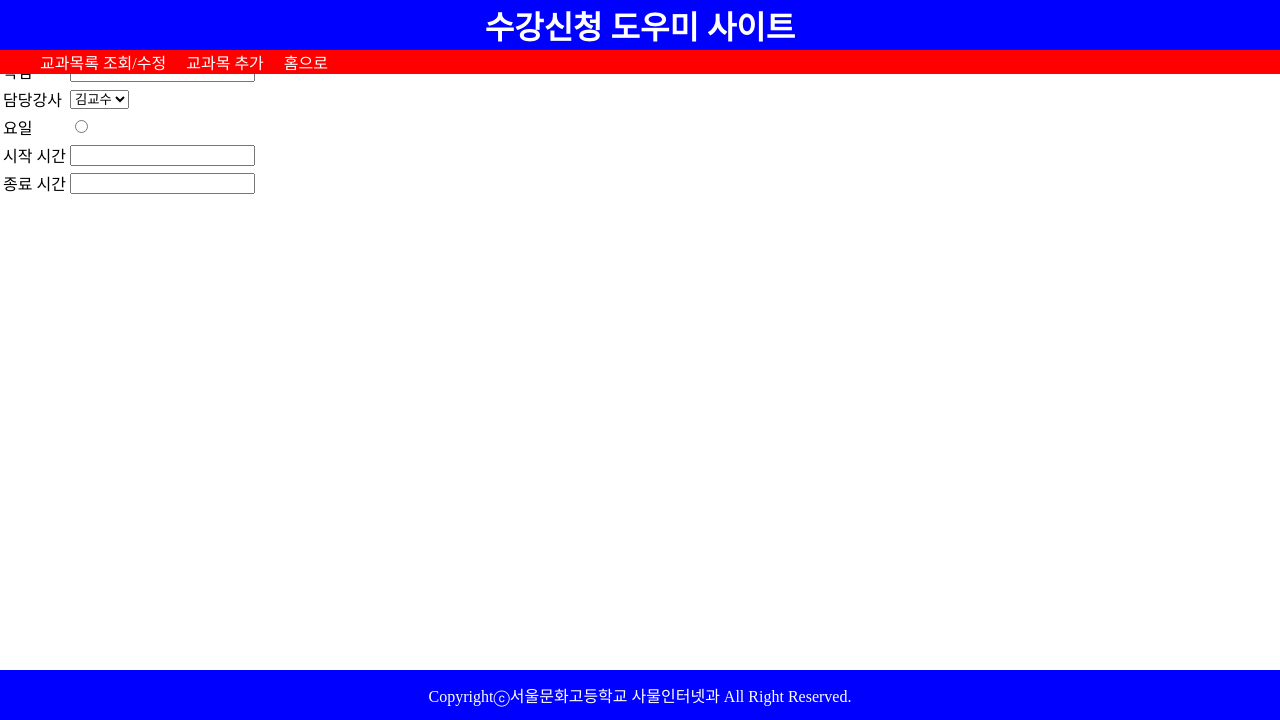
Repository: yuuki08noah/CHUNGCHUSANKI
Page: http://localhost/HRD_002/insert.jsp
The author's editor kept a copy of each file at every save. The page is drawn from the files as they stood at one save, then again after the next save.
The browser window is 1280 px wide. The pictures show the whole page.
The page is served by Tomcat 9. Other server files are loaded and not shown.

Above is the page before, as saved 2025-04-01 08:04:37.

### HRD_002/src/main/webapp/insert.jsp
 <%@ page language="java" contentType="text/html; charset=UTF-8"
    pageEncoding="UTF-8"%>
<!DOCTYPE html>
<html>
<head>
<meta charset="UTF-8">
<title>Insert</title>
</head>
<body>
	<jsp:include page="header.jsp"/>
	<section>
		<form>
			<table>
				<tr>
					<td>
						과목코드
					</td>
					<td>
						<input type="text" name="id"/>
					</td>
				</tr>
				<tr>
					<td>
						과목명
					</td>
					<td>
						<input type="text" name="name"/>
					</td>
				</tr>
				<tr>
					<td>
						학점
					</td>
					<td>
						<input type="text" name="credit"/>
					</td>
				</tr>
				<tr>
					<td>
						담당강사
					</td>
					<td>
						<select name="lecturer">
							<option value="김교수">김교수</option>
							<option value="이교수">이교수</option>
							<option value="박교수">박교수</option>
							<option value="우교수">우교수</option>
							<option value="최교수">최교수</option>
							<option value="임교수">임교수</option>
						</select>
					</td>
				</tr>
				<tr>
					<td>
						요일
					</td>
					<td>
						<input type="radio" name="week"/>
					</td>
				</tr>
				<tr>
					<td>
						시작 시간
					</td>
					<td>
						<input type="text" name="start_hour"/>
					</td>
				</tr>
				<tr>
					<td>
						종료 시간
					</td>
					<td>
						<input type="text" name="end_hour"/>
					</td>
				</tr>
			</table>
		</form>
	</section>
	<jsp:include page="footer.jsp"/>
</body>
</html>

### HRD_002/src/main/webapp/header.jsp
<%@ page language="java" contentType="text/html; charset=UTF-8"
    pageEncoding="UTF-8"%>
<!DOCTYPE html>
<html>
<head>
<meta charset="UTF-8">
<title>Header</title>
</head>
<body style="margin: 0 0; padding: 0 0;">
	<div style="display: flex; position: fixed; top: 0px; justify-content: center; align-items: center; background-color: blue; width: 100%; height: 50px; color: white;"><h1>수강신청 도우미 사이트</h1></div>
	<div style="display: flex; gap: 20px; width: 100%; padding-left: 40px; background-color: red; position: fixed; top: 50px; color: white">
	<a>교과목록 조회/수정</a>

	<a>교과목 추가</a>

	<a>홈으로</a>
	</div>
</body>
</html>

### HRD_002/src/main/webapp/footer.jsp
<%@ page language="java" contentType="text/html; charset=UTF-8"
    pageEncoding="UTF-8"%>
<!DOCTYPE html>
<html>
<head>
<meta charset="UTF-8">
<title>Footer</title>
</head>
<body style="margin:0 0; padding: 0 0">
	<div style="display: flex; position: fixed; bottom: 0px; justify-content: center; align-items: center; background-color: blue; width: 100%; height: 50px; color: white;">Copyrightⓒ서울문화고등학교 사물인터넷과 All Right Reserved.</div>

</body>
</html>

After the next save:
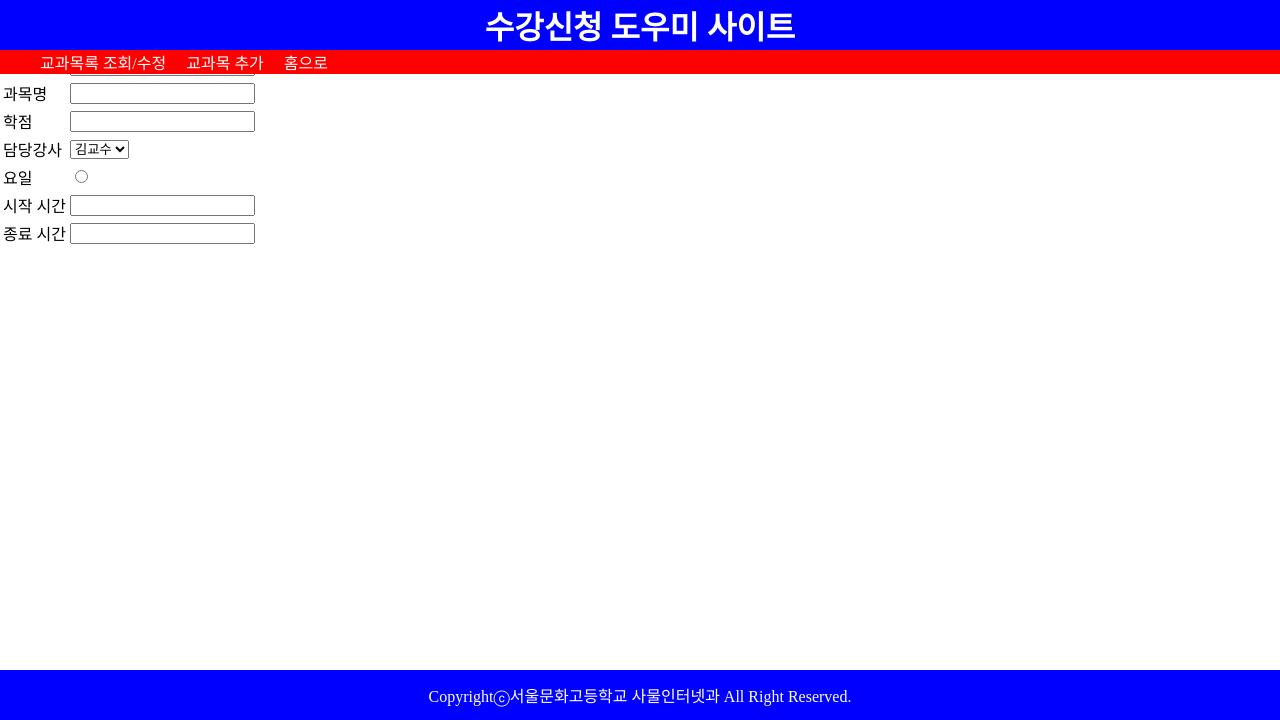
Saved 36 s later.
--- a/HRD_002/src/main/webapp/header.jsp
+++ b/HRD_002/src/main/webapp/header.jsp
@@ -7,7 +7,7 @@
 <title>Header</title>
 </head>
 <body style="margin: 0 0; padding: 0 0;">
-	<div style="display: flex; position: fixed; top: 0px; justify-content: center; align-items: center; background-color: blue; width: 100%; height: 50px; color: white;"><h1>수강신청 도우미 사이트</h1></div>
+	<div style="display: flex; justify-content: center; align-items: center; background-color: blue; width: 100%; height: 50px; color: white;"><h1>수강신청 도우미 사이트</h1></div>
 	<div style="display: flex; gap: 20px; width: 100%; padding-left: 40px; background-color: red; position: fixed; top: 50px; color: white">
 	<a>교과목록 조회/수정</a>
 
